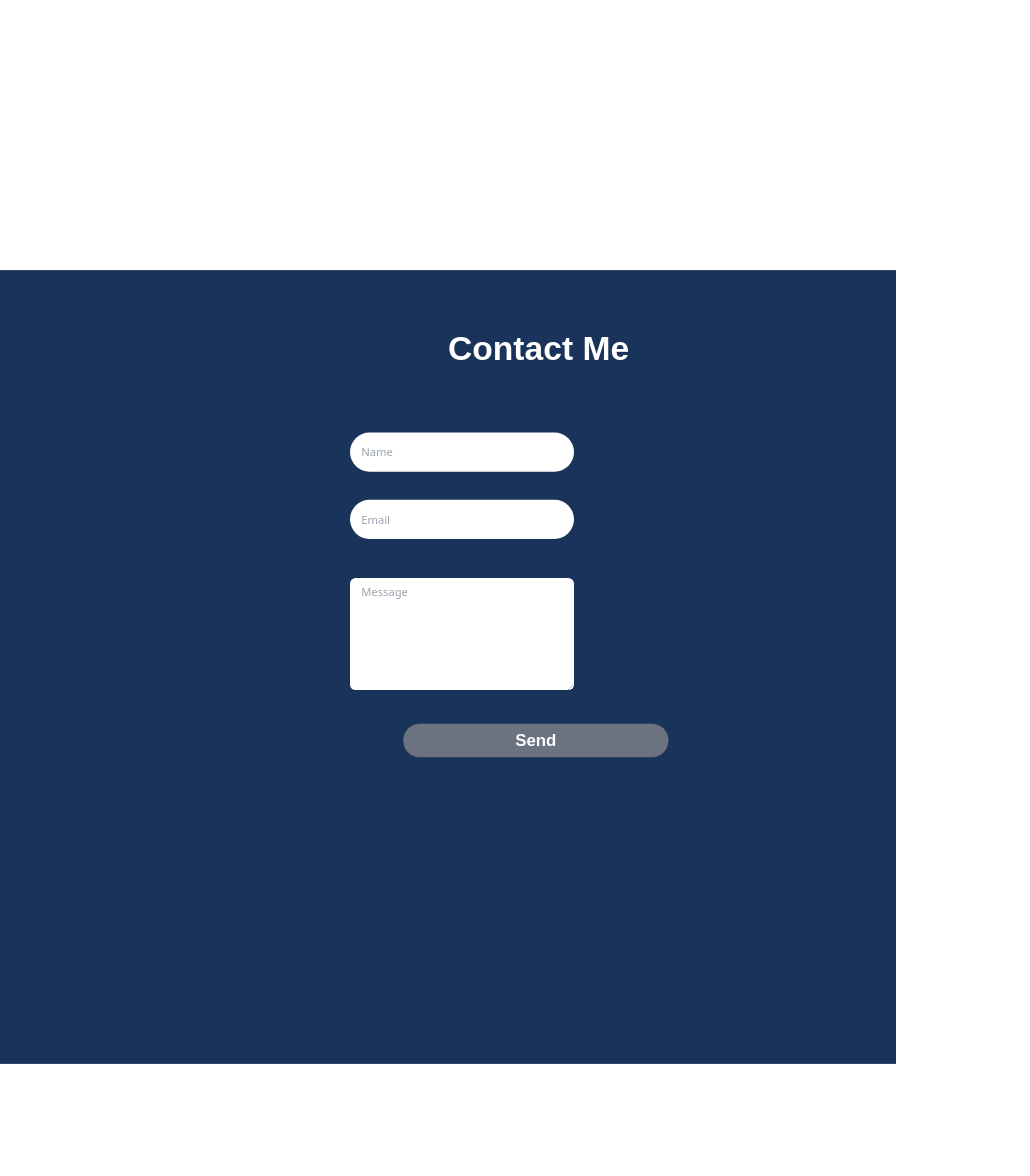
Repository: MEROO1010/my_portfolio
Page: /
These files come from the project's save history. The page is drawn as it stood at one moment and after the next save; the edit follows.
The browser window is 1280 px wide. The page is 1472 px wide, so the pictures cover 1472 px, including what lies to the right of the window. The pictures show the part of the page from y = 3457 to 5137 px (the page is 5137 px tall), at 70% of full size.
The project was rebuilt for these pictures with package versions that can differ from the ones it lists, and the page was loaded fresh each time. The framework's server and built-in components were replaced by stand-ins that run in the browser. Also part of the build but not shown: next.config.js.

Above is the page before, as saved 2023-10-04 12:35:57.

After the next save:
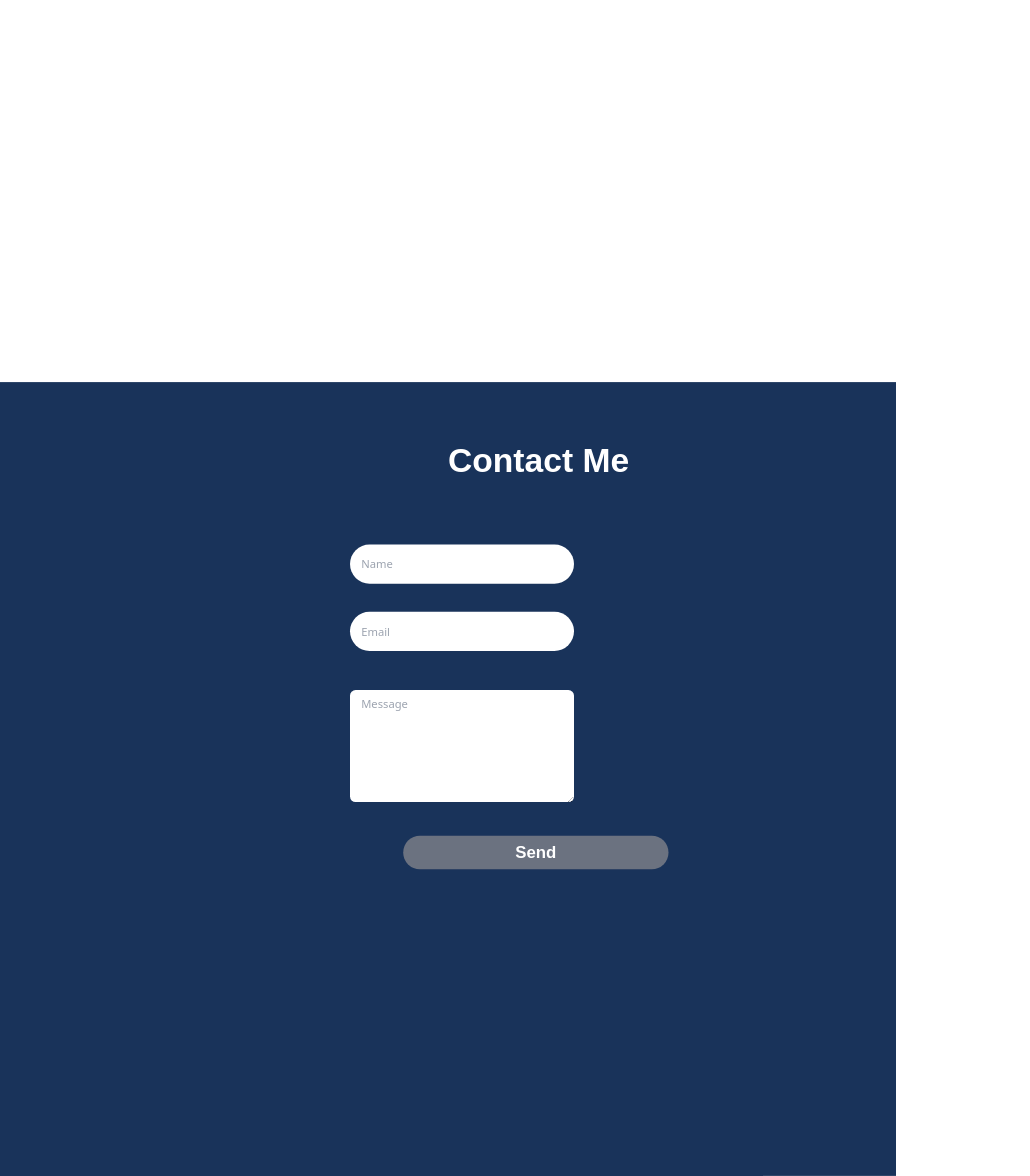
Saved 5 s later.
--- a/pages/components/ContactMe.tsx
+++ b/pages/components/ContactMe.tsx
@@ -7,7 +7,7 @@ const ContactMe =() =>{
   return (
     <div className="relative   h-screen">
     <div className="relative  bottom-80">
-    <div className="relative my-80 py-80 bottom-40 bg-[#19335A]">
+    <div className="relative my-80 py-80  bg-[#19335A]">
       <div>
         <h1 className="absolute py-2 px-60 mx-20 top-20 left-80 font-raleway font-bold text-5xl text-white">
           Contact Me
